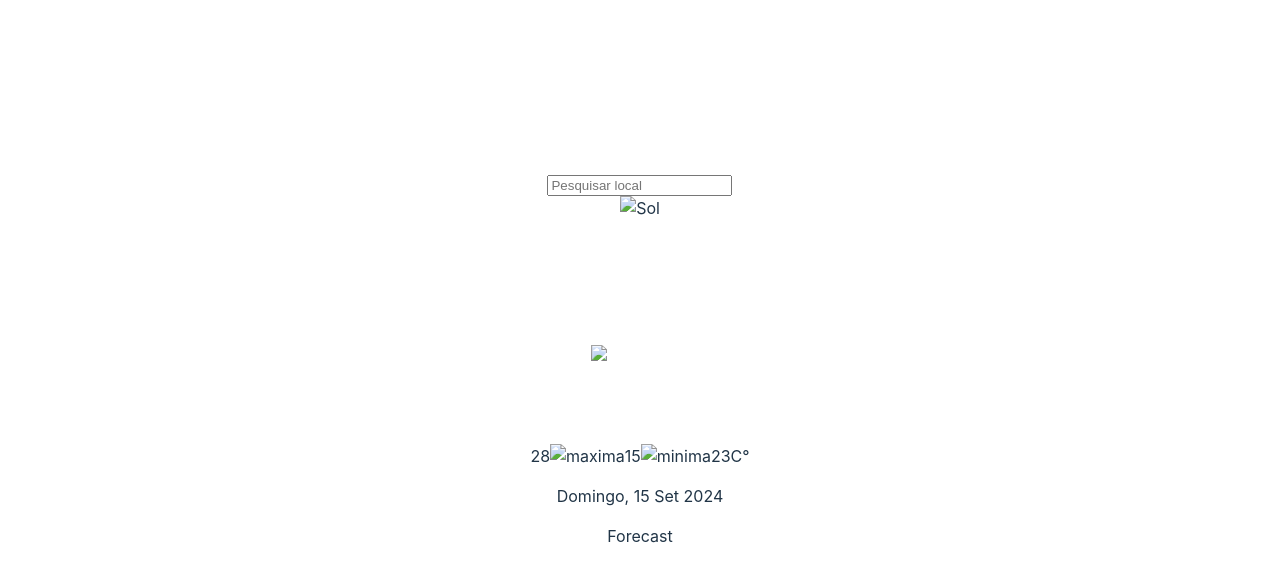
Repository: LucasLora/clima-360
Page: / (app in frontend/clima-360/)
An editor plug-in stored every save of this project. The page is shown before and after the next save, followed by the edit.
The browser window is 1280 px wide. The pictures show the whole page.
The project was rebuilt for these pictures with package versions that can differ from the ones it lists, and the page was loaded fresh each time. Also part of the build but not shown: frontend/clima-360/vite.config.js.

Above is the page before, as saved 2024-09-15 16:59:39.

After the next save:
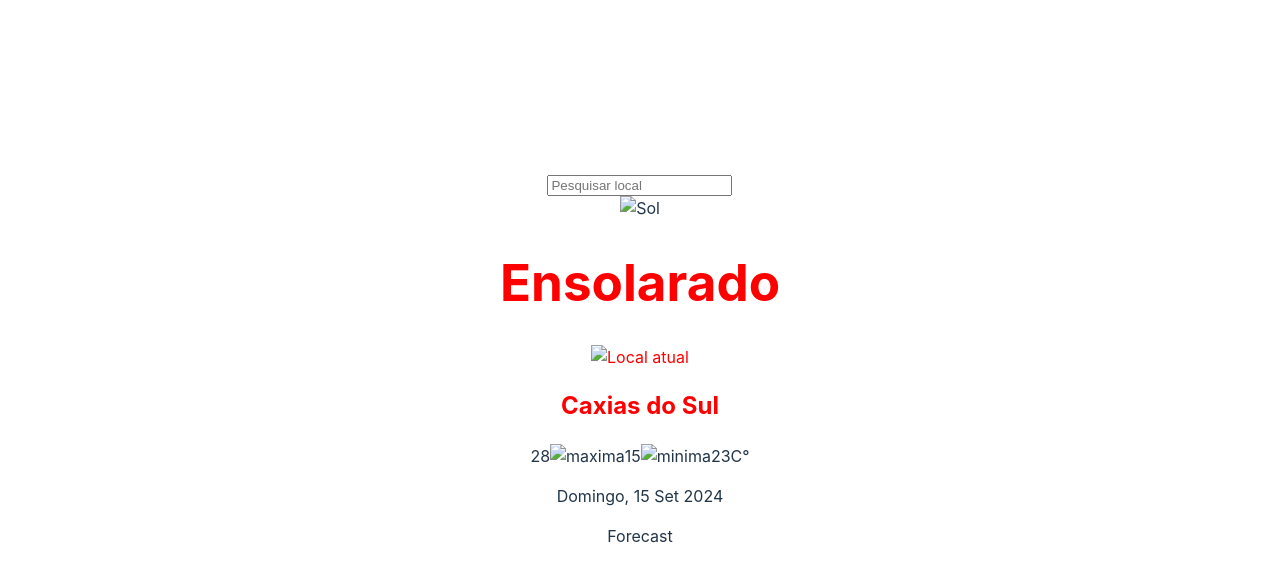
Saved 38 s later.
--- a/frontend/clima-360/src/components/CurrentWeather/CurrentWeather.css
+++ b/frontend/clima-360/src/components/CurrentWeather/CurrentWeather.css
@@ -1,4 +1,4 @@
 .current-weather {
     text-align: center;
-    color: white;
+    color: red;
 }

After the save that followed:
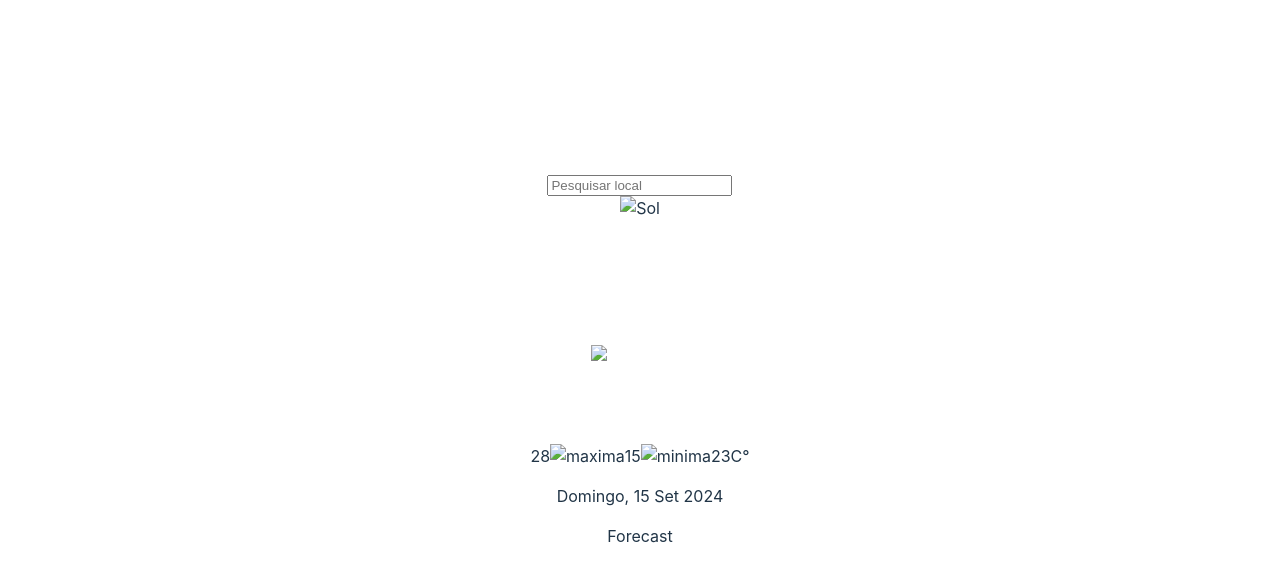
Saved 14 s later.
--- a/frontend/clima-360/src/components/CurrentWeather/CurrentWeather.css
+++ b/frontend/clima-360/src/components/CurrentWeather/CurrentWeather.css
@@ -1,4 +1,5 @@
 .current-weather {
     text-align: center;
-    color: red;
+    color: white
+    ;
 }
